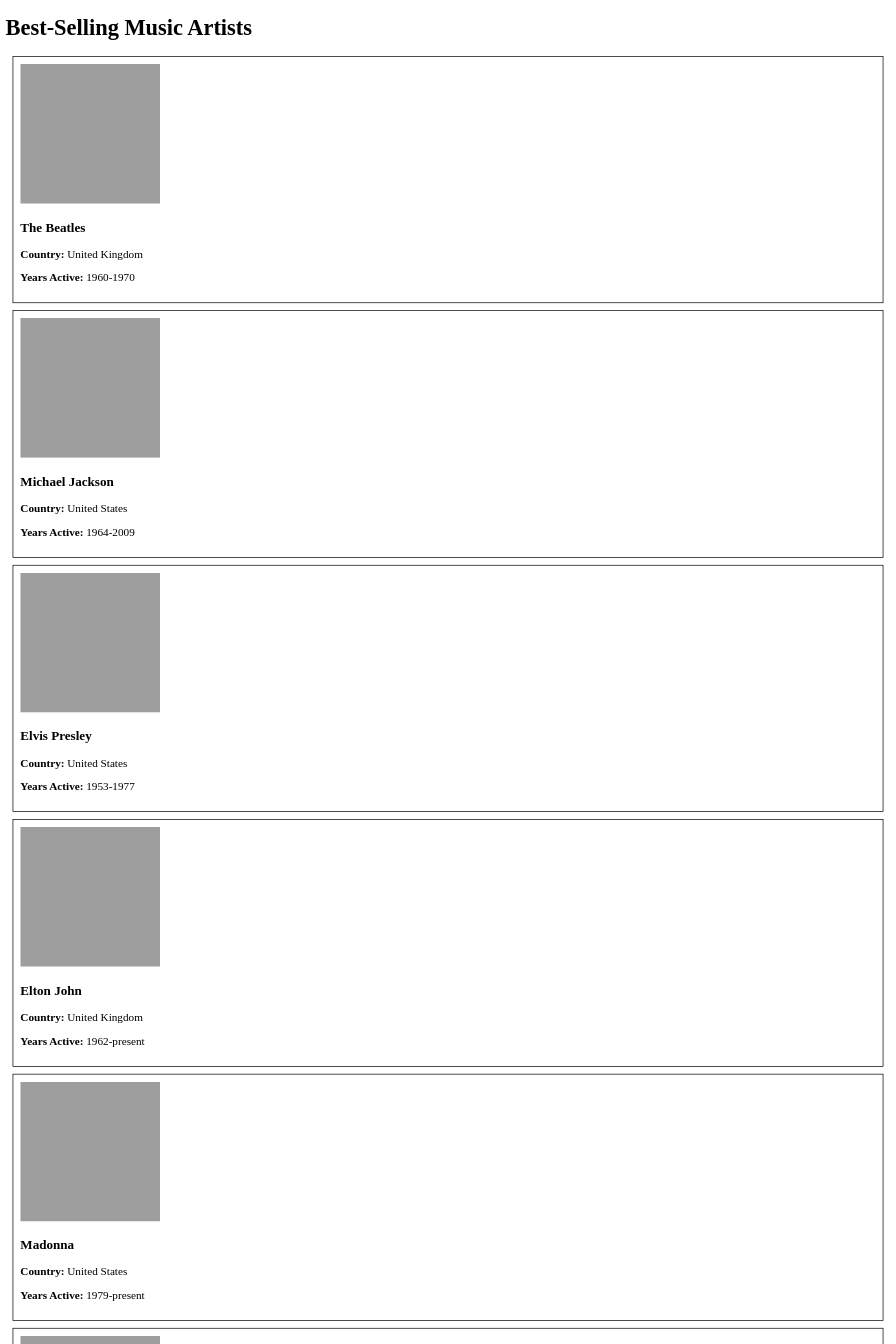
Repository: GavinPahal/Lab2
Page: /
The author's editor kept a copy of each file at every save. The page is drawn from the files as they stood at one save, then again after the next save.
The browser window is 1280 px wide. The pictures show the part of the page from y = 0 to 1920 px (the page is 3714 px tall), at 70% of full size.
Pictures or frames that could not be fetched are drawn as grey boxes. The project was rebuilt for these pictures with package versions that can differ from the ones it lists, and the page was loaded fresh each time. Also part of the build but not shown: vite.config.js.

Above is the page before, as saved 2024-09-23 11:12:17.

### src/App.jsx
import React from 'react';
import './App.css';
import ArtistDetails from './components/ArtistDetails';
import { artists } from './best-selling-music-artists';

const App = () => {
  return (
    <div className="App">
      <h1>Best-Selling Music Artists</h1>
      <div className="artist-list">
        {artists.map((artist, index) => (
          <ArtistDetails key={index} artist={artist} />
        ))}
      </div>
    </div>
  );
};

export default App;

### src/App.css
.artist-list {
  display: block;
}

.artist-card {
  border: 1px solid black;
  padding: 10px;
  margin: 10px;
}

### src/components/ArtistDetails.jsx
import React from 'react';

const ArtistDetails = ({ artist }) => {
  return (
    <div className="artist-card">
      <img src={artist.photo_url} alt={artist.name} style={{ width: '200px', height: '200px' }} />
      <h3>{artist.name}</h3>
      <p><strong>Country:</strong> {artist.country}</p>
      <p><strong>Years Active:</strong> {artist.years_active}</p>
    </div>
  );
};

export default ArtistDetails;

### src/best-selling-music-artists.js
export const artists = [
    {
        name: 'The Beatles',
        photo_url: "https://upload.wikimedia.org/wikipedia/commons/9/9f/Beatles_ad_1965_just_the_beatles_crop.jpg",
        country: "United Kingdom",
        years_active: "1960-1970",
    },
    {
        name: 'Michael Jackson',
        photo_url: "https://upload.wikimedia.org/wikipedia/commons/8/83/Michael_Jackson_Dangerous_World_Tour_1993_cropped.png",
        country: "United States",
        years_active: "1964-2009",
    },
    {
        name: 'Elvis Presley',
        photo_url: "https://upload.wikimedia.org/wikipedia/commons/1/16/Elvis_Presley_1973_RCA_Records_and_Tapes_publicity_2_-_cropped.png",
        country: "United States",
        years_active: "1953-1977",
    },
    {
        name: 'Elton John',
        photo_url: "https://upload.wikimedia.org/wikipedia/commons/7/74/Elton_John_1980.png",
        country: "United Kingdom",
        years_active: "1962-present",
    },
    {
        name: 'Madonna',
        photo_url: "https://upload.wikimedia.org/wikipedia/commons/4/47/Madonna_II_A_1_%28cropped%29.jpg",
        country: "United States",
        years_active: "1979-present",
    },
    {
        name: 'Queen',
        photo_url: "https://upload.wikimedia.org/wikipedia/commons/a/ac/FreddieMercuryNov1977.jpg",
        country: "United Kingdom",
        years_active: "1971-present",
    },
    {
        name: 'Led Zeppelin',
        photo_url: "https://upload.wikimedia.org/wikipedia/commons/c/cc/Robert_Plant_at_the_Palace_Theatre%2C_Manchester.jpg",
        country: "United Kingdom",
        years_active: "1968-1980",
    },
    {
        name: 'Rihanna',
        photo_url: "https://upload.wikimedia.org/wikipedia/commons/b/b3/Rihanna_concert_in_Washington_DC_%28cropped%29.jpg",
        country: "Barbados",
        years_active: "2003-present",
    },
    {
        name: 'Pink Floyd',
        photo_url: "https://upload.wikimedia.org/wikipedia/commons/f/f2/David_Gilmour_Argentina_2015_%28cropped%29.jpg",
        country: "United Kingdom",
        years_active: "1965-2014",
    },
    {
        name: 'The Rolling Stones',
        photo_url: "https://upload.wikimedia.org/wikipedia/commons/0/06/Keith_Richards%2C_Mick_Jagger_performing_with_Rolling_Stones_at_Prudential_Center_2012-12-13.jpg",
        country: "United Kingdom",
        years_active: "1962-present",
    },
];

Loaded but not shown: index.html (common file); src/main.jsx (common file); src/index.css (no stored copy; drawn as an empty file)

After the next save:
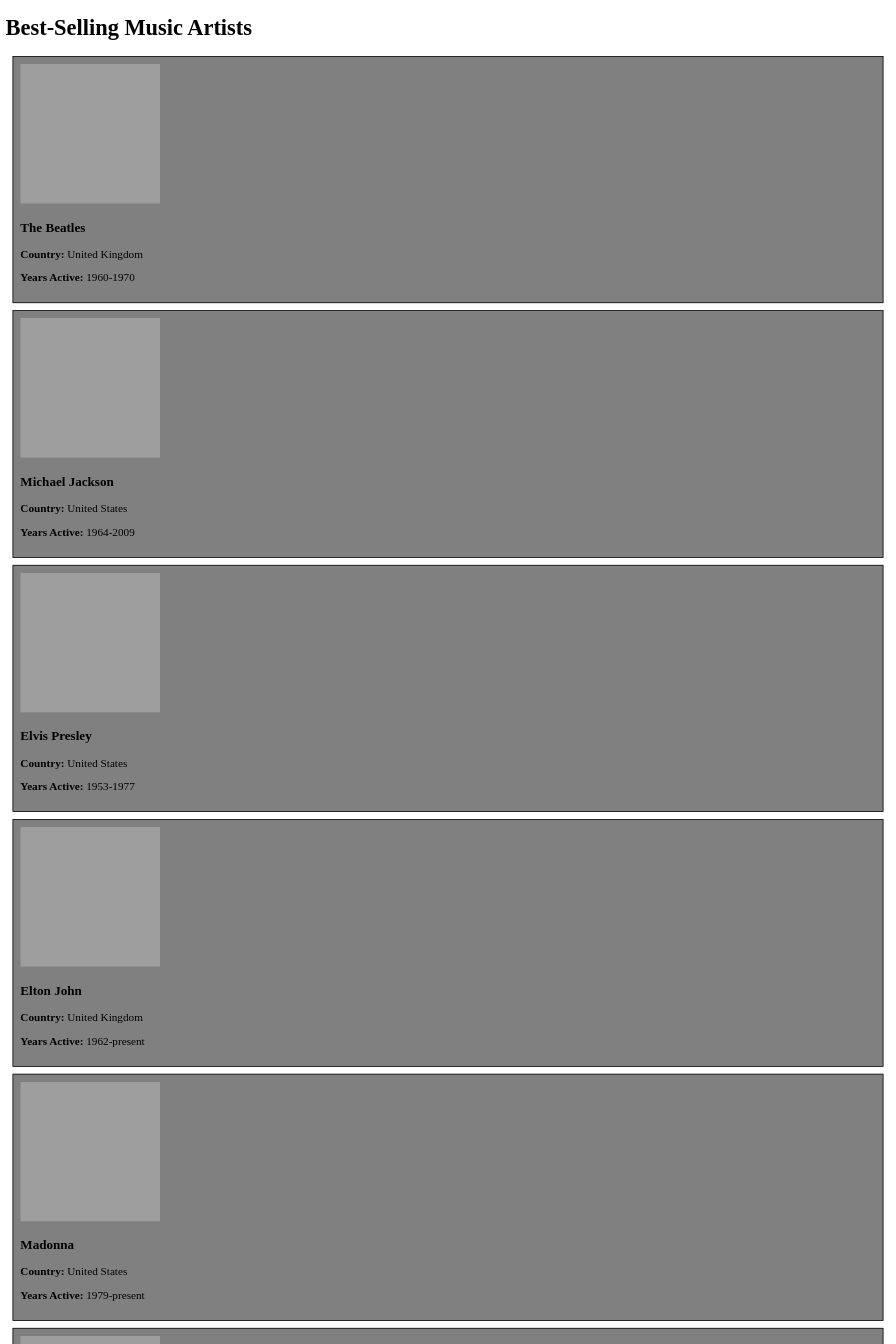
Saved 36 s later.
--- a/src/App.css
+++ b/src/App.css
@@ -4,6 +4,7 @@
 
 .artist-card {
   border: 1px solid black;
+  background: gray;
   padding: 10px;
   margin: 10px;
 }
